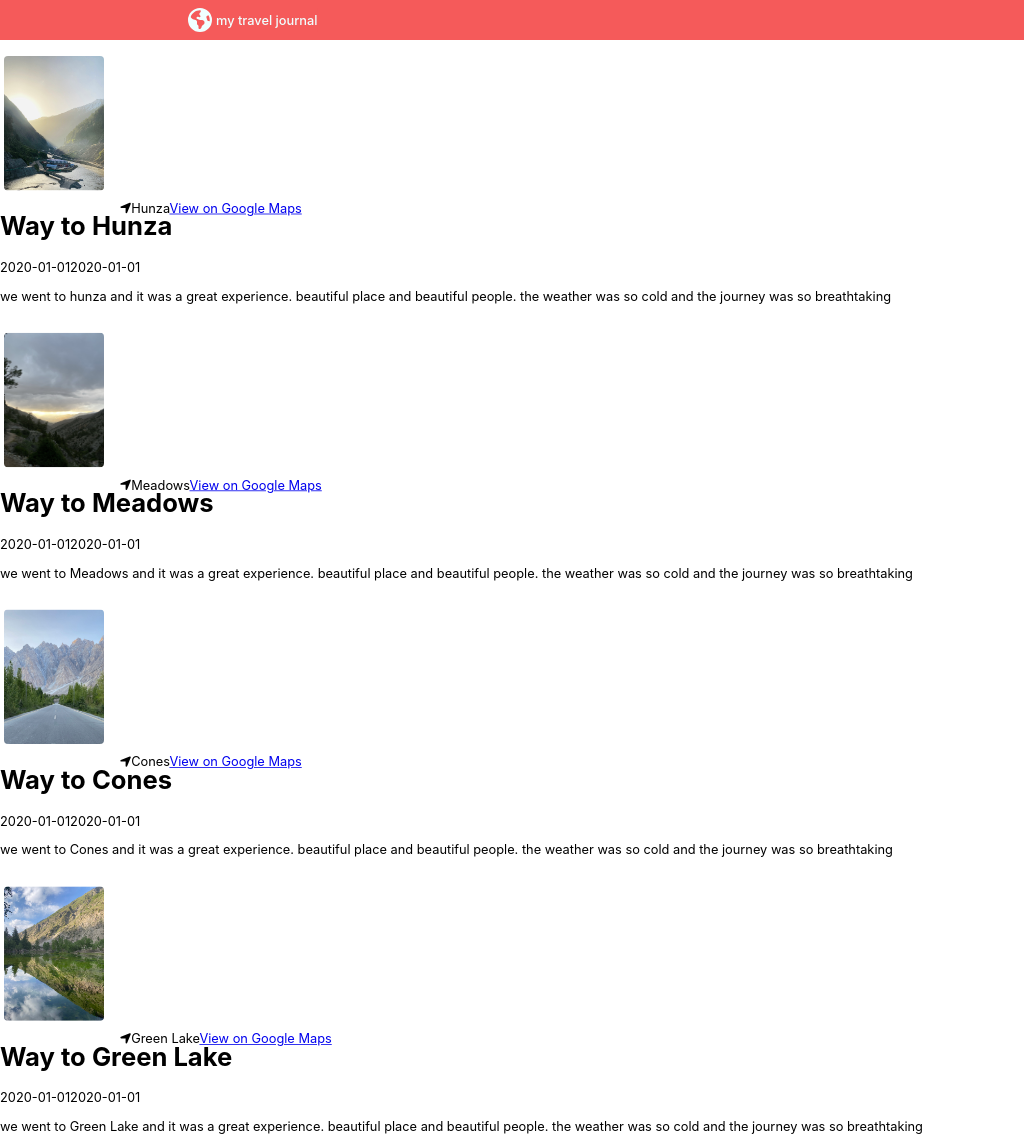
Repository: mortiestmorty1/travel-journal
Page: /
An editor plug-in stored every save of this project. The page is shown before and after a run of saves, followed by the edit.
The browser window is 1280 px wide. The pictures show the whole page, at 80% of full size.
The project was rebuilt for these pictures with package versions that can differ from the ones it lists, and the page was loaded fresh each time.

Above is the page before, as saved 2024-01-17 15:11:43.

### src/index.css
body {
  margin: 0;
  font-family: -apple-system, BlinkMacSystemFont, 'Segoe UI', 'Roboto', 'Oxygen',
    'Ubuntu', 'Cantarell', 'Fira Sans', 'Droid Sans', 'Helvetica Neue',
    sans-serif;
  -webkit-font-smoothing: antialiased;
  -moz-osx-font-smoothing: grayscale;
}

code {
  font-family: source-code-pro, Menlo, Monaco, Consolas, 'Courier New',
    monospace;
}
* {
  box-sizing: border-box;
  }

### src/App.js
import logo from './logo.svg';
import './App.css';
import Navbar from "./components/navbar";
import Data from "./components/data.js";
import Content from "./components/content.js";

function App() {
  const  Memories = Data.map((item) => {
    return<Content
          key={item.id}
          item={item}
    />
  })
  return (
    <div className="App">
      <Navbar />
      {Memories}
    </div>
  );
}

export default App;

### src/App.css
.Nav-container{
    display: flex;
    justify-content: space-between;
    align-items: center;
    background-color: #F55A5A;
    height: 50px;
}
.navbar{
    display: flex;
    justify-content: space-between;
    align-items: center;
    background-color: #F55A5A;
    margin-left: 230px;
}
.title{
  color: azure;
  font-weight: 500;
  margin-left: 5px;
}
.earth{
  width: 30px;
  height: 30px;
  margin-left: 5px;
  color: azure;
}

.image{
  width: 125px;
  height: 168px;
  margin-left: 5px;
  color: azure;
  border-radius: 5px;
  margin-top: 20px;
}
.content-container{
  position: relative;
}
.section1{
  position: absolute;
  left: 150px;
  top: 200px;
  bottom: 0;

}

.Title{

}

### src/components/navbar.js
import React from "react";
import { FontAwesomeIcon } from "@fortawesome/react-fontawesome";
import { faEarth } from "@fortawesome/free-solid-svg-icons";
import "../App.css";

function Navbar(){
    return(
        <div className="Nav-container">
            <nav className="navbar">
                <FontAwesomeIcon icon={faEarth} className="earth"></FontAwesomeIcon>
                <span className="title">
                        my travel journal
                </span>
            </nav>
        </div>
    )
}
export default Navbar;

### src/components/data.js
import Hunza from "./way-to-hunza.jpeg";
import Meadows from "./way-to-meadows.jpeg";
import Cones from "./cones.jpeg";
import Glake from "./green-lake.jpeg";

export default [
    {
        id:1,
        img: Hunza,
        location: "Hunza",
        googlelink: "https://www.google.com/maps/place/Hunza+Valley,+Gilgit-Baltistan,+Pakistan/",
        Title: "Way to Hunza",
        datestart:"2020-01-01",
        dateend: "2020-01-01",
        description:"we went to hunza and it was a great experience. beautiful place and beautiful people. the weather was so cold and the journey was so breathtaking"
    }
    ,
    {
        id:2,
        img: Meadows,
        location: "Meadows",
        googlelink: "https://www.google.com/maps/place/Meadows,+Gilgit-Baltistan,+Pakistan/",
        Title: "Way to Meadows",
        datestart:"2020-01-01",
        dateend: "2020-01-01",
        description:"we went to Meadows and it was a great experience. beautiful place and beautiful people. the weather was so cold and the journey was so breathtaking"
    }
    ,
    {
        id:3,
        img: Cones,
        location: "Cones",
        googlelink: "https://www.google.com/maps/place/Cones,+Gilgit-Baltistan,+Pakistan/",
        Title: "Way to Cones",
        datestart:"2020-01-01",
        dateend: "2020-01-01",
        description:"we went to Cones and it was a great experience. beautiful place and beautiful people. the weather was so cold and the journey was so breathtaking"
    }
    ,
    {
        id:4,
        img: Glake,
        location: "Green Lake",
        googlelink: "https://www.google.com/maps/place/Green+Lake,+Gilgit-Baltistan,+Pakistan/",
        Title: "Way to Green Lake",
        datestart:"2020-01-01",
        dateend: "2020-01-01",
        description:"we went to Green Lake and it was a great experience. beautiful place and beautiful people. the weather was so cold and the journey was so breathtaking"
    }
]

### src/components/content.js
import React from "react";
import { FontAwesomeIcon } from "@fortawesome/react-fontawesome";
import { faLocationArrow } from "@fortawesome/free-solid-svg-icons";
import "../App.css";
function Content(props){

    return(
        <div className="content-container">
            <img className="image" src={props.item.img}>
            </img>
            <div className="section1">
                <FontAwesomeIcon icon={faLocationArrow} className="Location"></FontAwesomeIcon>
                <span className="location">
                    {props.item.location}
                </span>
                <a href={props.item.googlelink}>View on Google Maps</a>
            </div>
            <h1 className="Title">{props.item.Title}</h1>
            <span className="date-start">{props.item.datestart}</span>
            <span className="date-end">{props.item.dateend}</span>
            <p className="description">{props.item.description}</p>
        </div>
    )
}

export default Content;

Loaded but not shown: public/index.html (common file); src/index.js (common file); src/reportWebVitals.js (common file)

After the next 2 saves:
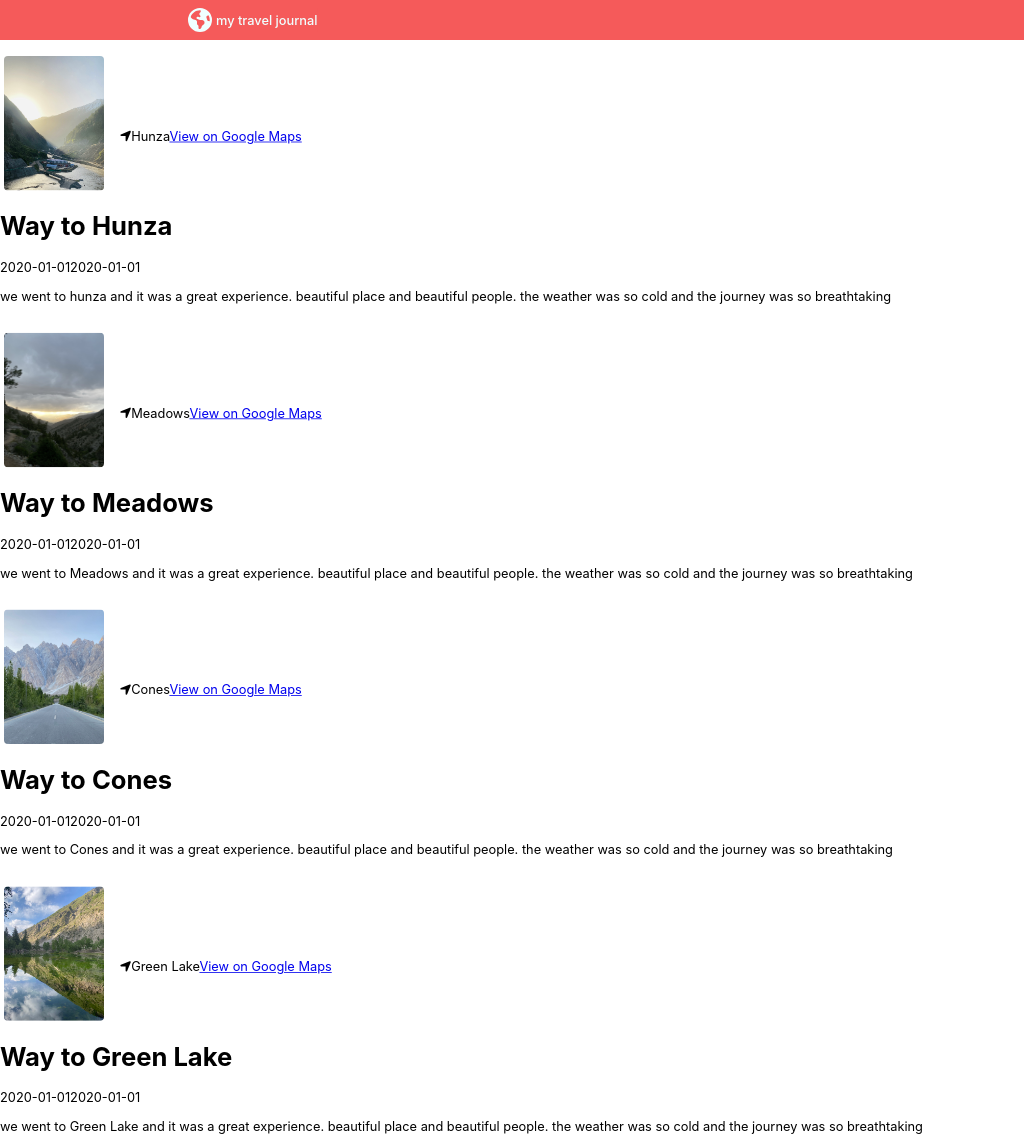
The 2 saves are shown as one change because they came seconds apart.
The last was saved 12 s later.
--- a/src/App.css
+++ b/src/App.css
@@ -38,7 +38,7 @@
 .section1{
   position: absolute;
   left: 150px;
-  top: 200px;
+  top: 110px;
   bottom: 0;
 
 }
